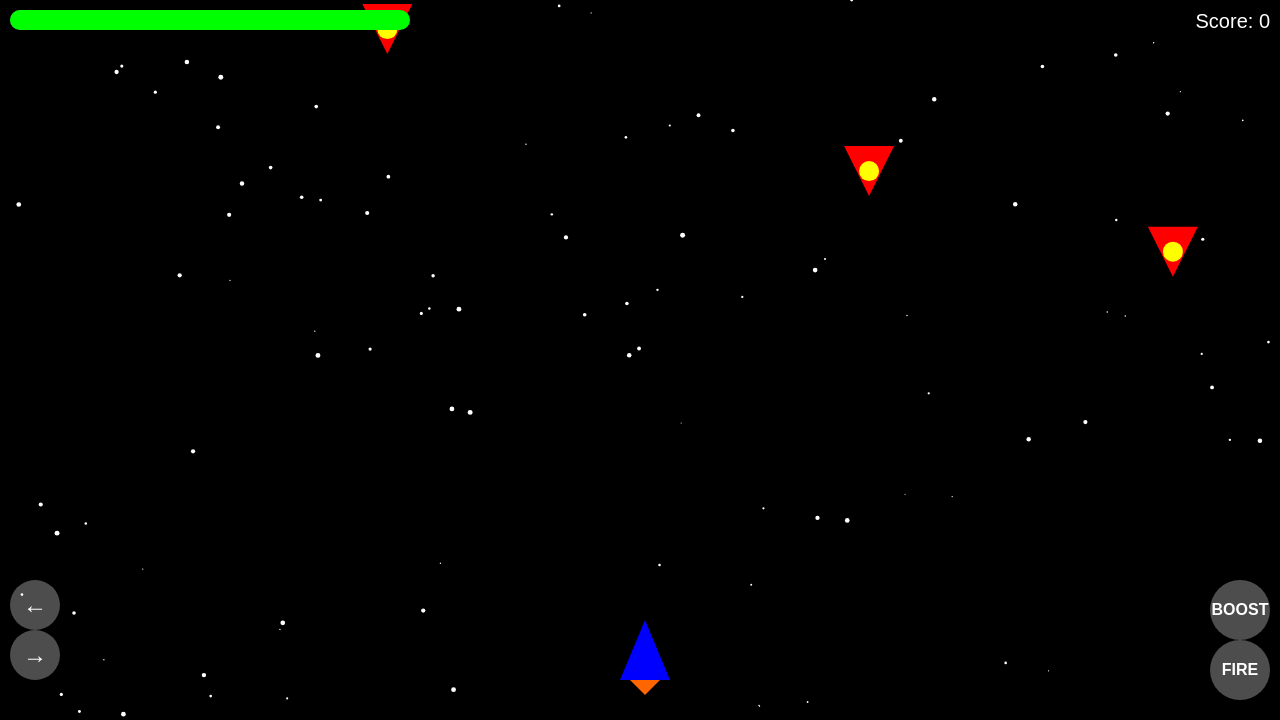
Repository: BiranOrundas/space-shooter
Page: space-shooter.html
The author's editor kept a copy of each file at every save. The page is drawn from the files as they stood at one save, then again after a run of saves.
The browser window is 1280 px wide. The pictures show the whole page.

Above is the page before, as saved 2025-03-13 13:12:27.

After the next 2 saves:
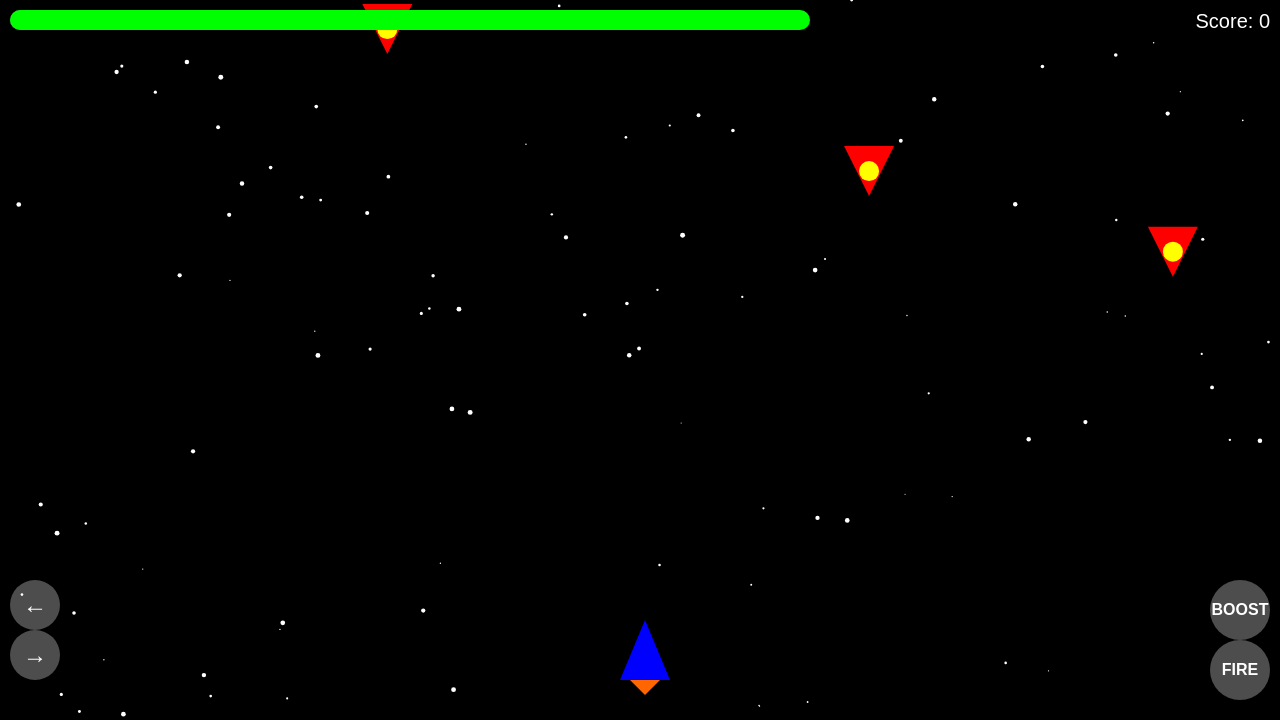
The 2 saves are shown as one change because they came seconds apart.
The last was saved 8 s later.
--- a/space-shooter.html
+++ b/space-shooter.html
@@ -181,7 +181,7 @@
       speed: 5,
       boostedSpeed: 10,
       isBoosting: false,
-      life: 200,
+      life: 400,
       color: '#00f',
       cooldown: 0,
       lastShot: 0
